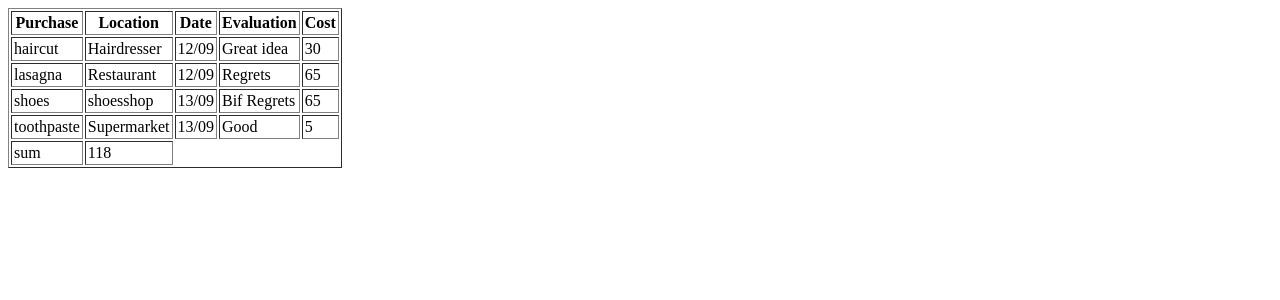
Repository: wakoya-tech/Node.js
Page: Desktop/Node-js/okey.html
These files come from the project's save history. The page is drawn as it stood at one moment and after the next save; the edit follows.
The browser window is 1280 px wide. The pictures show the whole page.

Above is the page before, as saved 2025-11-13 11:50:21.

### Desktop/Node-js/okey.html
<!DOCTYPE html>
<html lang="en">
<head>
    <meta charset="UTF-8">
    <meta name="viewport" content="width=device-width, initial-scale=1.0">
    <title>Document</title>
</head>
<body>
    <table border="1" cellpadding="2">
      <tr>
        <th>Purchase</th> <th>Location</th><th>Date</th><th>Evaluation</th><th>Cost</th>
      </tr>
      <tr>
        <td> haircut</td>
        <td>Hairdresser</td>
        <td>12/09 </td>
        <td> Great idea </td>
        <td> 30</td>
      </tr>
      <tr>
        <td> lasagna</td>
        <td>Restaurant</td>
        <td>12/09 </td>
        <td> Regrets </td>
        <td> 65</td>
      </tr>
      <tr>
        <td> shoes</td>
        <td>shoesshop</td>
        <td>13/09 </td>
        <td>Bif Regrets </td>
        <td> 65</td>
      </tr>
      <tr>
        <td> toothpaste</td>
        <td>Supermarket</td>
        <td>13/09 </td>
        <td>Good</td>
        <td> 5</td>
      </tr>
      <tr>
       <td rowspan="4">sum</td> <td>118</td>
      </tr>
    </table>
</body>
</html>

After the next save:
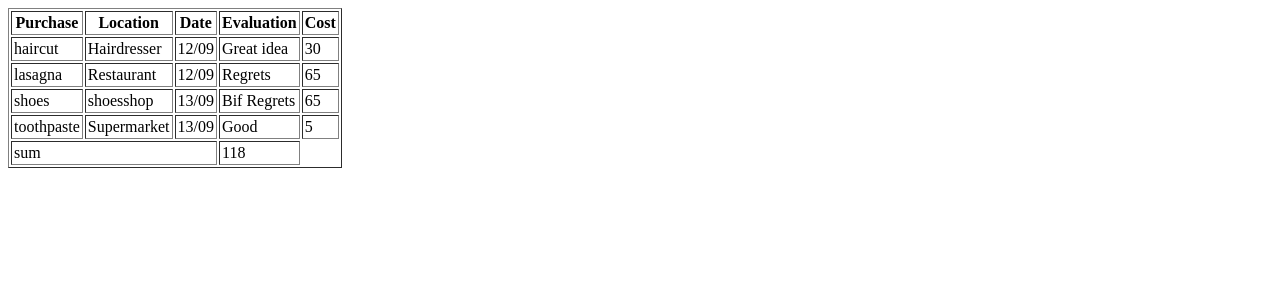
Saved 29 s later.
--- a/Desktop/Node-js/okey.html
+++ b/Desktop/Node-js/okey.html
@@ -39,7 +39,7 @@
         <td> 5</td>
       </tr>
       <tr>
-       <td rowspan="4">sum</td> <td>118</td>
+       <td colspan="3" rowspan="4">sum</td> <td>118</td>
       </tr>
     </table>
 </body>
